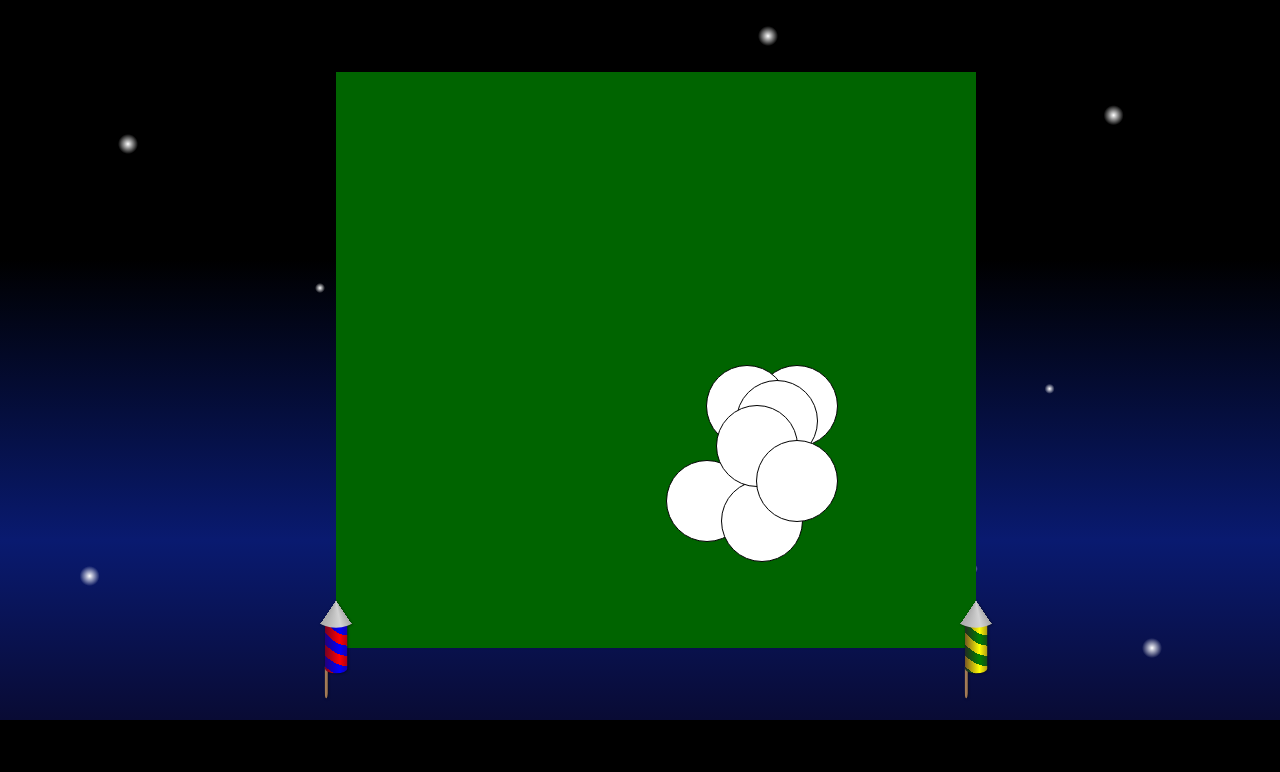
Repository: juliandecloe/CSS-To-The-Rescue---Julian-de-Cloe
Page: index.html
The author's editor kept a copy of each file at every save. The page is drawn from the files as they stood at one save, then again after the next save.
The browser window is 1280 px wide. The pictures show the whole page.

Above is the page before, as saved 2022-03-10 17:22:19.

After the next save:
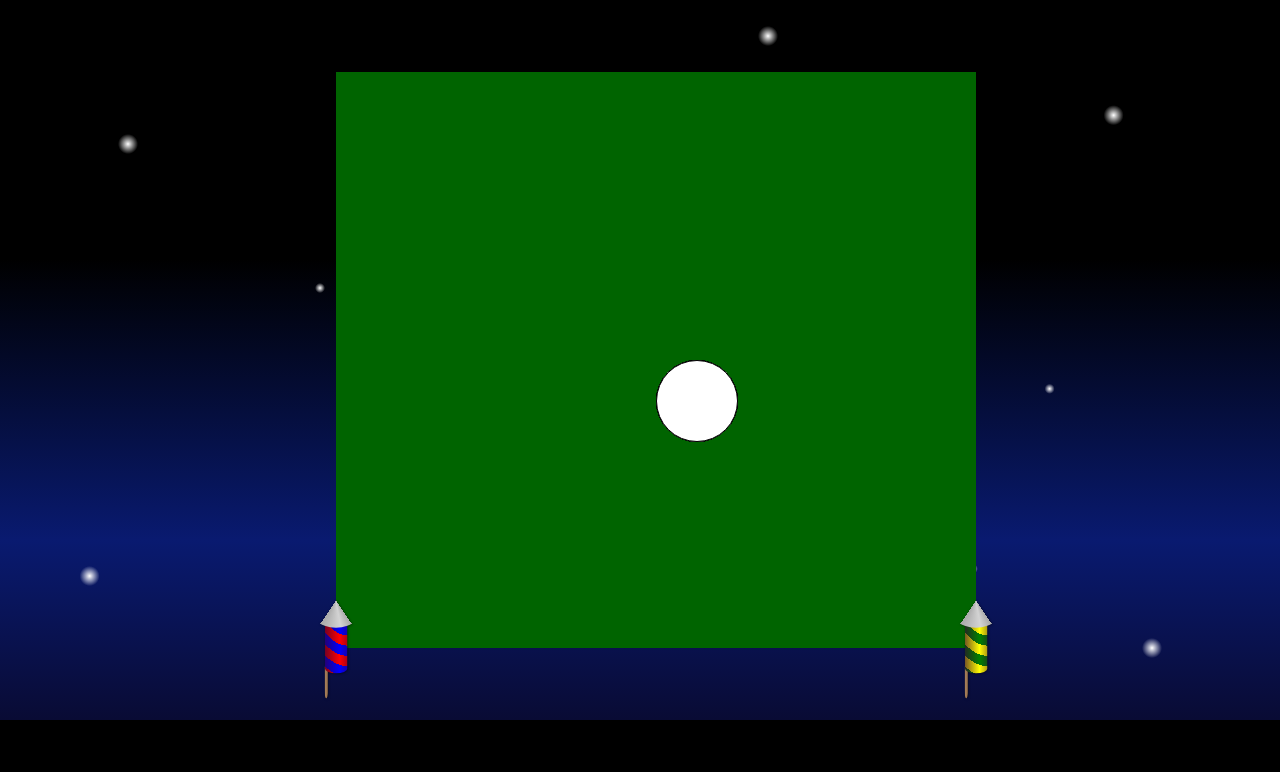
Saved 22 s later.
--- a/style.css
+++ b/style.css
@@ -598,7 +598,7 @@ article li {
 	border: 1px solid black;
 }
 
-article li:first-child {
+/* article li:first-child {
 	top: 5px;
 	left: 100px;
 }
@@ -631,4 +631,4 @@ article li:nth-child(6) {
 article li:last-child {
 	top: 80px;
 	left: 100px;
-}
+} */
